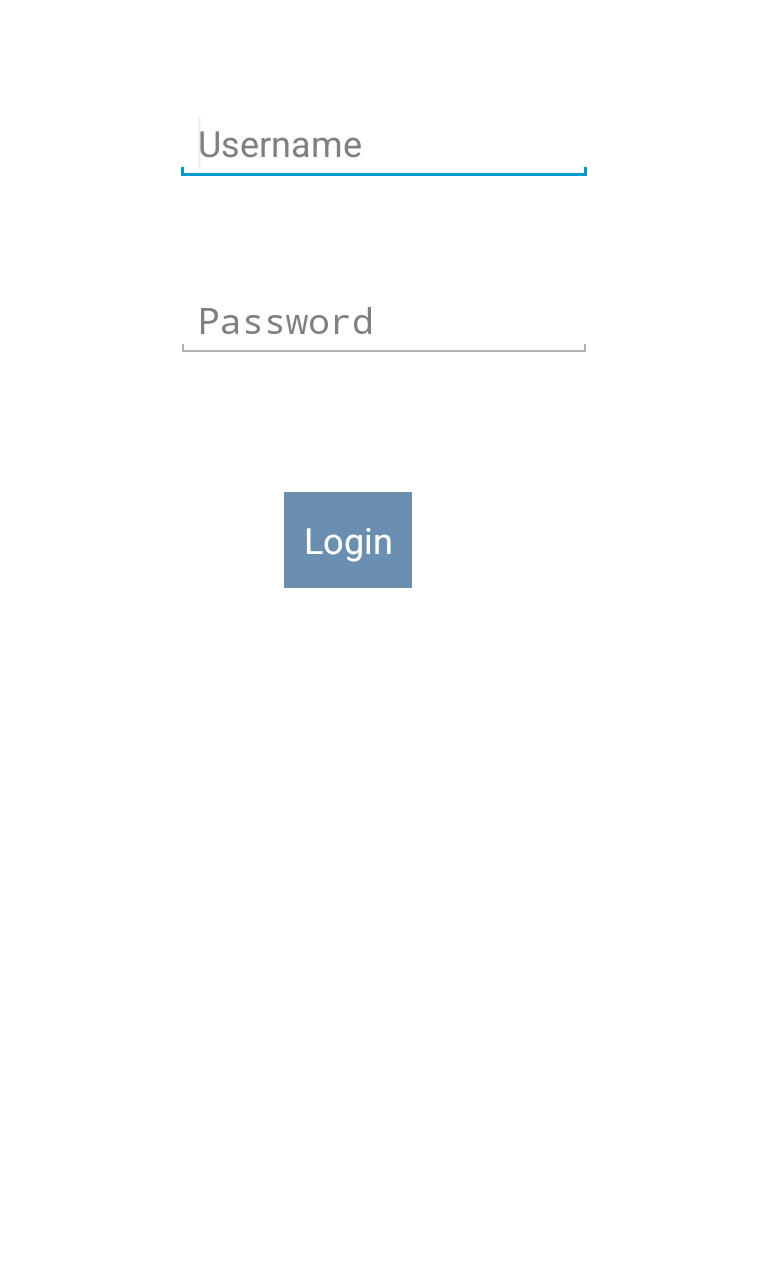
Repository: alakinfotech/YDP
Layout: Android/YDP/res/layout/ydpcareplan.xml
An editor plug-in stored every save of this project. The layout is shown before and after the next save, followed by the edit.
It is drawn on a 768 x 1280 px phone screen (xhdpi) without system bars, with theme AppTheme; the app's code is not run.

Above is the layout before, as saved 2012-12-26 16:11:20.

After the next save:
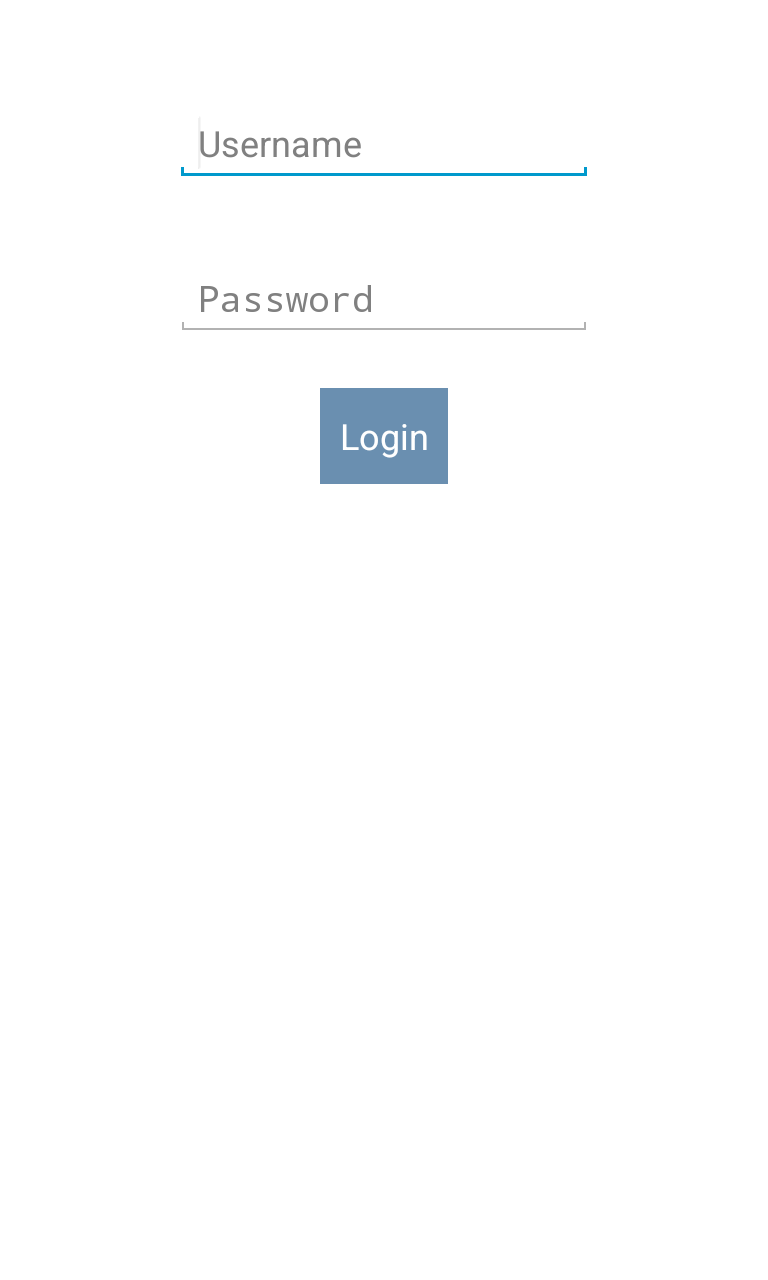
Saved 9 h 29 min later.
--- a/Android/YDP/res/layout/ydpcareplan.xml
+++ b/Android/YDP/res/layout/ydpcareplan.xml
@@ -21,9 +21,9 @@
         android:id="@+id/password"
         android:layout_width="wrap_content"
         android:layout_height="wrap_content"
-        android:layout_alignRight="@+id/username"
+        android:layout_alignLeft="@+id/username"
         android:layout_below="@+id/username"
-        android:layout_marginTop="49dp"
+        android:layout_marginTop="38dp"
         android:ems="10"
         android:hint="Password"
         android:inputType="textPassword" />
@@ -32,10 +32,9 @@
         android:id="@+id/login"
         android:layout_width="wrap_content"
         android:layout_height="wrap_content"
-        android:layout_alignLeft="@+id/username"
         android:layout_below="@+id/password"
-        android:layout_marginLeft="55dp"
-        android:layout_marginTop="66dp"
+        android:layout_centerHorizontal="true"
+        android:layout_marginTop="25dp"
         android:background="#6A8FB0"
         android:hint="login"
         android:text="Login"
